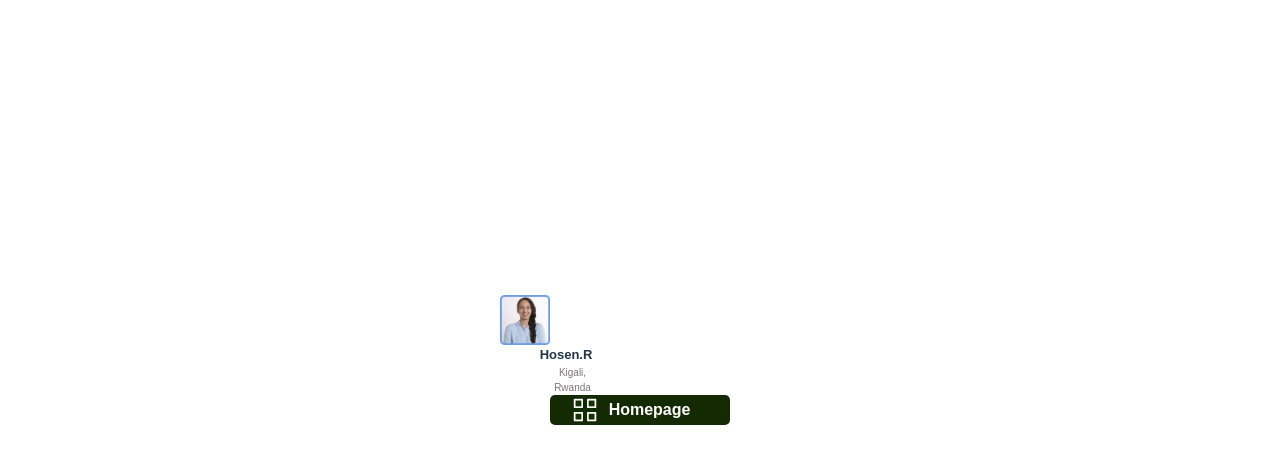
Repository: Auda-frontend/Kenshikeza
Page: /
An editor plug-in stored every save of this project. The page is shown before and after a run of saves, followed by the edit.
The browser window is 1280 px wide. The pictures show the whole page.
The project was rebuilt for these pictures with package versions that can differ from the ones it lists, and the page was loaded fresh each time. Also part of the build but not shown: vite.config.js.

Above is the page before, as saved 2024-01-25 09:46:13.

After the next 4 saves:
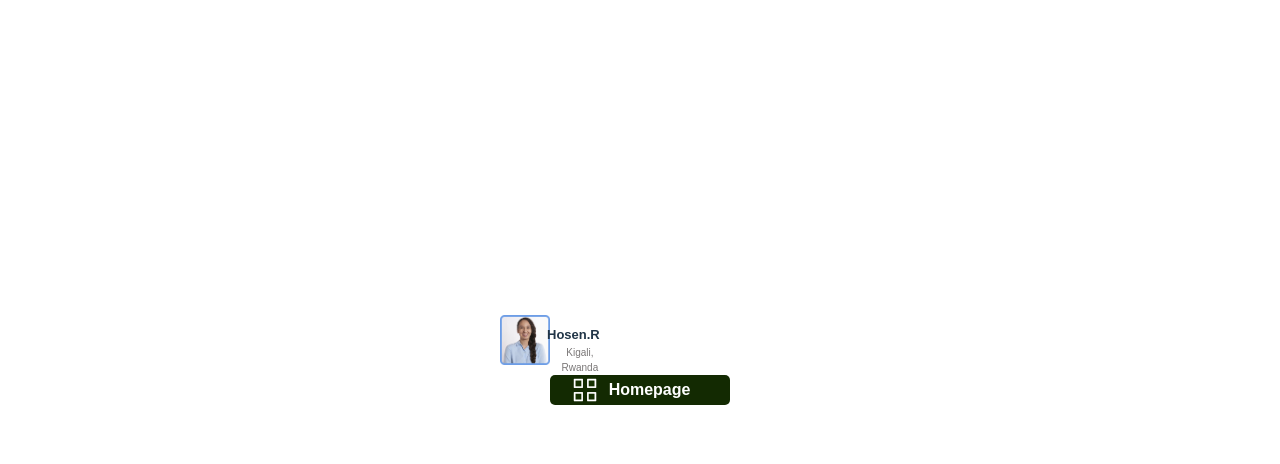
The 4 saves are shown as one change because they came seconds apart.
The last was saved 9 s later.
--- a/src/Components/SideBar.css
+++ b/src/Components/SideBar.css
@@ -20,7 +20,9 @@
     margin-left: -50px;
     margin-right: 10px;
 }
-.p
+.profile{
+    display: flex;
+}
 .desc{
     display: table-column;
     align-items: center;
